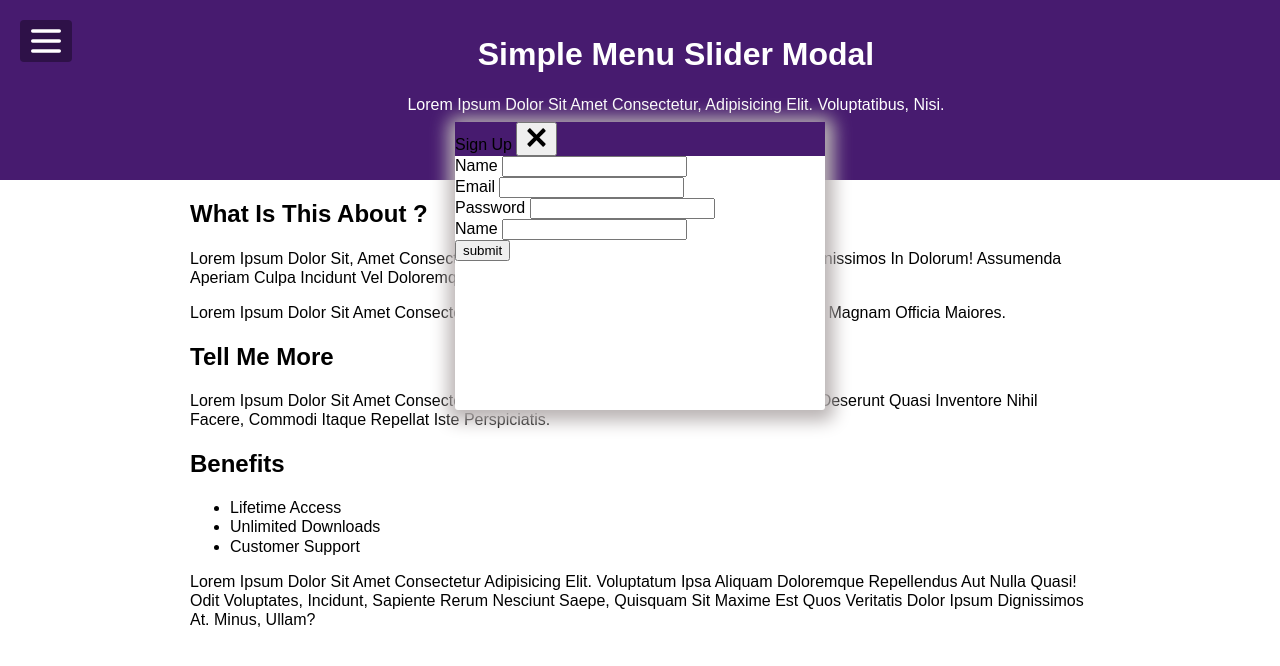
Repository: lilo750/Menu-Slider-modal
Page: index.html
The author's editor kept a copy of each file at every save. The page is drawn from the files as they stood at one save, then again after the next save.
The browser window is 1280 px wide. The pictures show the whole page.

Above is the page before, as saved 2024-01-15 07:23:33.

After the next save:
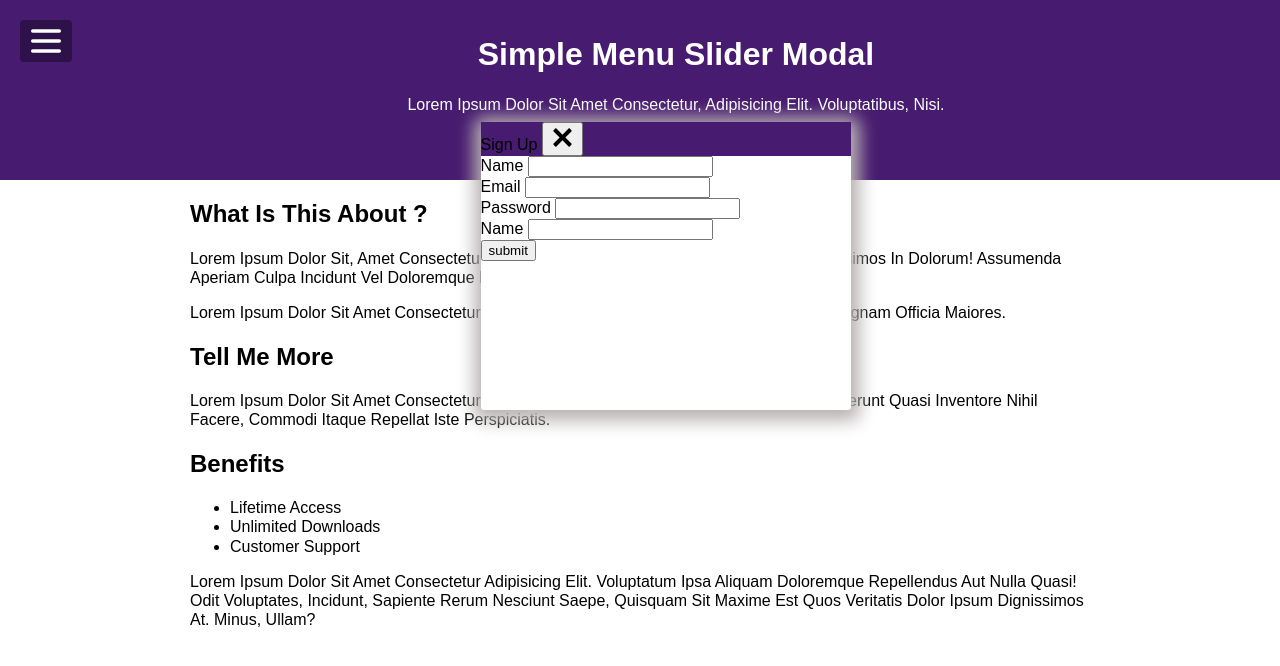
Saved 8 s later.
--- a/assets/style.css
+++ b/assets/style.css
@@ -68,7 +68,7 @@ body {
     border-radius: 3px;
     box-shadow: 1px 3px 17px 8px #bab4b4;
     position: absolute;
-    left: 50%;
+    left: 52%;
     top: 37%;
     transform: translate(-50%, -50%);
 
